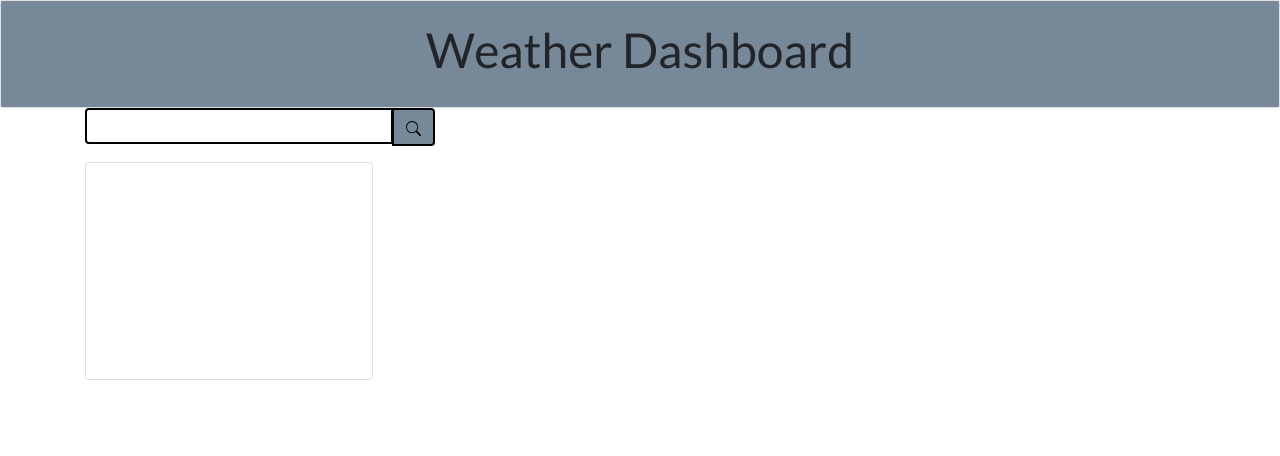
Repository: himaja830/Weather-Dashboard
Page: index.html
These files come from the project's save history. The page is drawn as it stood at one moment and after the next save; the edit follows.
The browser window is 1280 px wide. The pictures show the whole page.
Some web libraries are served in a nearby version.

Above is the page before, as saved 2020-06-26 15:37:18.

After the next save:
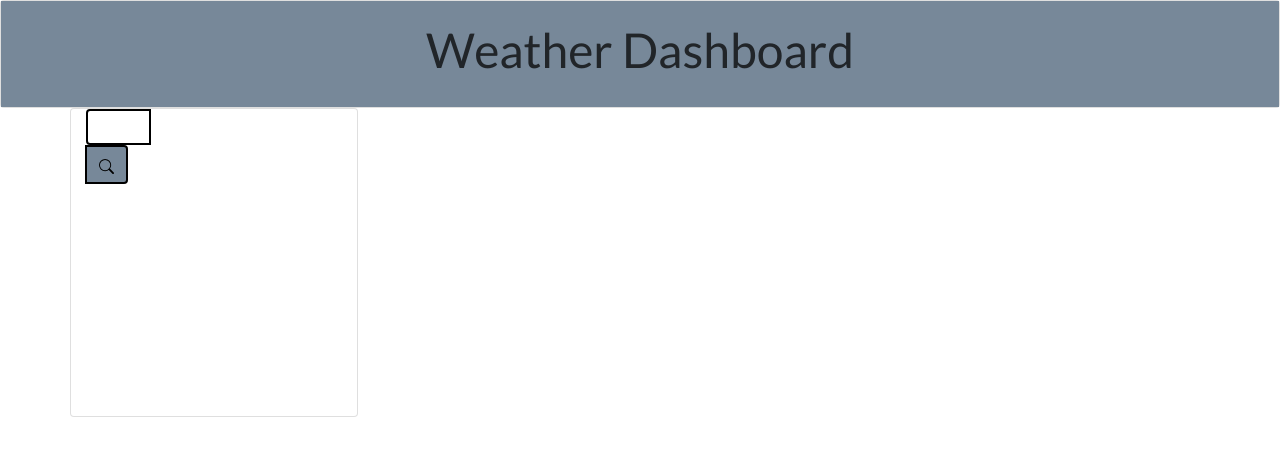
Saved 85 s later.
--- a/index.html
+++ b/index.html
@@ -20,6 +20,7 @@
 </div>
 <div class="container">
     <div class="row">
+        <div class="card" style="width: 18rem;">
       <div class="col-sm-4">
         <div class="input-group mb-3">
             <input type="text" class="form-control"  aria-label="" aria-describedby="button-addon2">
@@ -31,7 +32,7 @@
             </button>
             </div>
           </div>
-          <div class="card" style="width: 18rem;">
+
             <ul class="list-group list-group-flush">
               <li class="list-group-item"></li>
               <li class="list-group-item"></li>

After the save that followed:
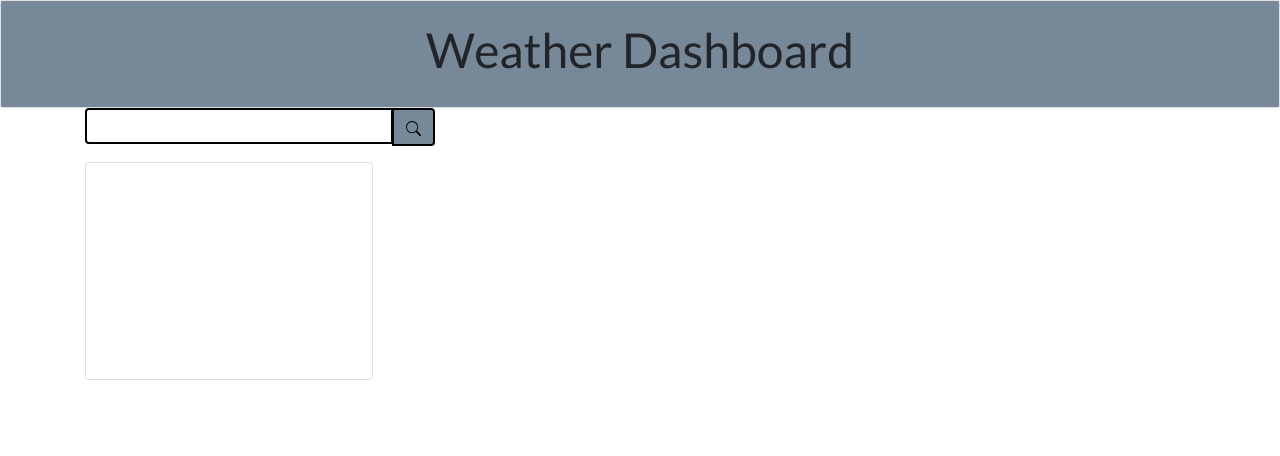
Saved 41 s later.
--- a/index.html
+++ b/index.html
@@ -20,7 +20,7 @@
 </div>
 <div class="container">
     <div class="row">
-        <div class="card" style="width: 18rem;">
+
       <div class="col-sm-4">
         <div class="input-group mb-3">
             <input type="text" class="form-control"  aria-label="" aria-describedby="button-addon2">
@@ -32,7 +32,7 @@
             </button>
             </div>
           </div>
-
+          <div class="card" style="width: 18rem;">
             <ul class="list-group list-group-flush">
               <li class="list-group-item"></li>
               <li class="list-group-item"></li>
